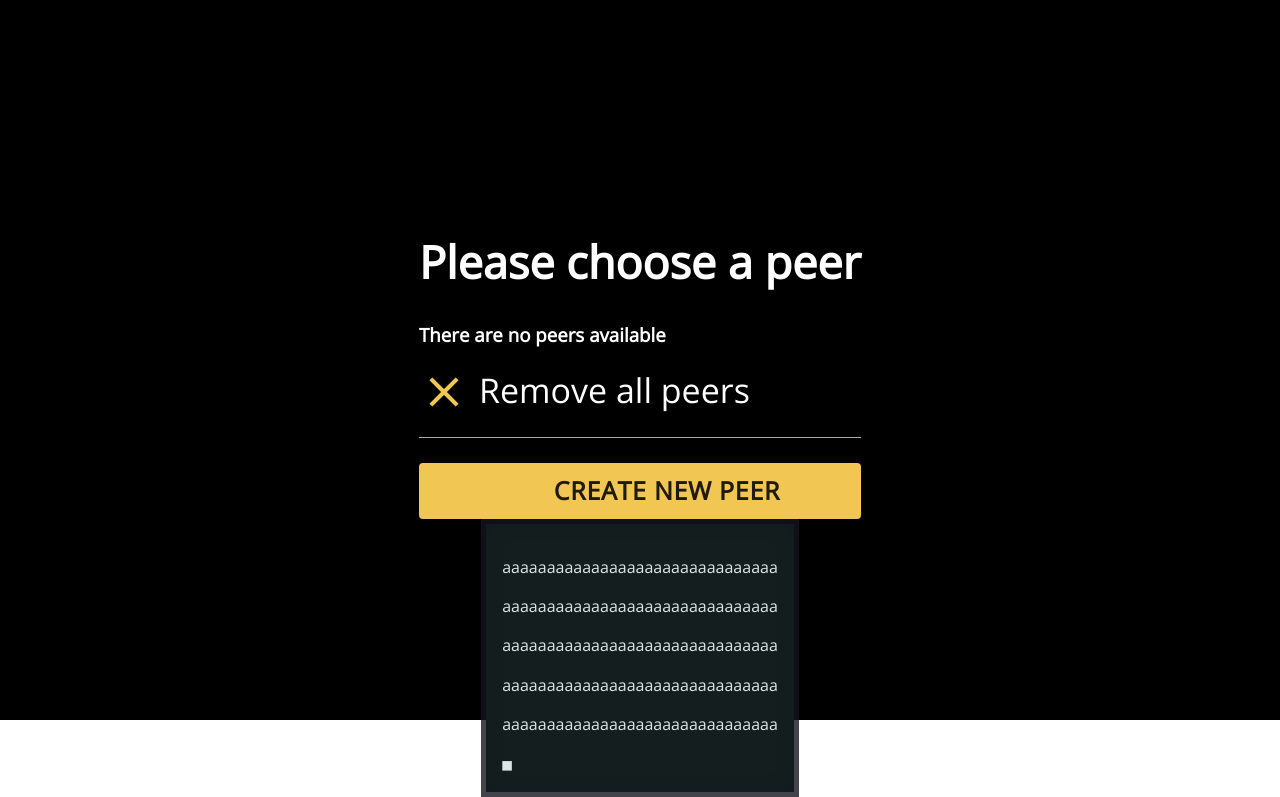
Repository: Bachdz/ASAP-Gui-Frontend
Page: /login
These files come from the project's save history. The page is drawn as it stood at one moment and after the next save; the edit follows.
The browser window is 1280 px wide. The pictures show the whole page.
The page's requests for data from a server got no answer. The project was rebuilt for these pictures with package versions that can differ from the ones it lists, and the page was loaded fresh each time. No one was signed in, and anything a server would have sent is missing. Also part of the build but not shown: src/css/loginscreen/Peer.css, src/components/fragments/Footer.js, src/components/mainscreen/subcomponents/Apps.js, src/css/mainscreen/Main.css, src/components/mainscreen/Main.js.

Above is the page before, as saved 2020-12-16 19:17:48.

### src/App.js
import React from 'react';



import { ReactComponent as Arrow } from './arrow.svg';
import Login from './components/loginscreen/Login';
import Main from './components/mainscreen/Main';
import { Link } from 'react-router-dom';
import Logo from './components/fragments/Footer';


import { BrowserRouter as Router, Route } from 'react-router-dom'

import './App.css';

function App() {
  return (
      <Router>
        <Route exact path="/" render={props => (
          <React.Fragment>
        <div className="container">

            <div className="content">
              <div id="box">
                <h1>Welcome to ASAP engine</h1>
                <Link to="/login"><Arrow id="next" /></Link>
              </div>
            </div>
          <Logo />
        </div>


          </React.Fragment>
        )} />
        <Route path="/login" component={Login} />
        <Route path="/main/user" component={Main} />

      </Router>
  );
}



export default App;

### src/components/loginscreen/Login.js
import React, { Component } from 'react';
import Peer from './subcomponents/Peer';
import CreateUser from './subcomponents/CreateUser';
import CloseIcon from '@material-ui/icons/Close';
import Alert from '@material-ui/lab/Alert';
import Snackbar from '@material-ui/core/Snackbar';
import Logo from '../fragments/Footer';
import Terminal from '../fragments/Terminal';



import '../../css/loginscreen/Login.css';
import axios from 'axios';



class Login extends Component {
    state = {
        peers: [],
        alertopen: false,
        alertmsg: '',
        alerttype: ''
    }

    componentDidMount() {
        axios.get('http://localhost:8080/api/v1/asap/peers')
            .then(res => this.setState({ peers: res.data }))
    }

    //create User
    addUser = (userName) => {
        let url = 'http://localhost:8080/api/v1/asap/peer?name=' + userName;
        axios.post(url)
            .then(res => this.setState({ peers: [...this.state.peers, res.data] }))
    }

    //remove all users
    removeAllUser = () => {
        axios.delete('http://localhost:8080/api/v1/asap/peers')
            .then(res => {
                if (res.data === false) {
                    this.setState({ alertopen: !this.state.alertopen, alertmsg: "Couldn't delete peers", alerttype: "error" });

                } else if (res.data === true) {
                    this.setState({ alertopen: !this.state.alertopen, alertmsg: "Deleted successfully ", alerttype: "success" });
                    axios.get('http://localhost:8080/api/v1/asap/peers')
                        .then(res => this.setState({ peers: res.data }))
                }



            }


            )


    }

    handleClose = (event, reason) => {
        this.setState({ alertopen: !this.state.alertopen });
    }


    render() {
        const { alertopen, alertmsg, alerttype } = this.state;
        return (
            <div className="container">
                <div className="content">
                    <div className="login-container">
                        <Snackbar anchorOrigin={{ vertical: 'top', horizontal: 'center' }} open={alertopen} autoHideDuration={2000} onClose={this.handleClose}>
                            <Alert onClose={this.handleClose} severity={alerttype}>
                                {alertmsg}
                            </Alert>
                        </Snackbar>
                        <h1>Please choose a peer</h1>
                        <Peer peers={this.state.peers} />

                        <div id="remove-peer">
                            <CloseIcon id="remove" onClick={this.removeAllUser} /> Remove all peers
            </div>
                        <CreateUser addUser={this.addUser} />

                    </div>
                </div>
                <Terminal />

            </div>


        );
    }
}


export default Login;

### src/App.css
@import url('https://fonts.googleapis.com/css?family=Open+Sans');
body {
  font-family: "Open Sans", sans-serif;

}

#box {
  text-align: center;
}

.content {
  min-height: 80vh;
  margin-top:20px;
  display: flex;
  align-items: center;
}

.container {
  display: flex;
  align-items: center;
  justify-content: center;
  flex-direction: column;
  background-color: #000000;
  color: #ffffff;
  height: 100vh;
  margin:0;
}

footer {
 margin-top:auto;
 width: 100vw;
}



#next {
  cursor: "pointer";
  transition: transform 330ms ease-in-out;

}
#next:hover {
  cursor: pointer;
  -ms-transform: scale(1.2); /* IE 9 */
  -webkit-transform: scale(1.2); /* Safari 3-8 */
  transform: scale(1.2);
}
h1 {
  font-size: 45px;
  text-align: center;
  animation: fadein 3s;
  -moz-animation: fadein 3s; /* Firefox */
  -webkit-animation: fadein 3s; /* Safari and Chrome */
  -o-animation: fadein 3s; /* Opera */
}
@keyframes fadein {
  from {
      opacity:0;
  }
  to {
      opacity:1;
  }
}
@-moz-keyframes fadein { /* Firefox */
  from {
      opacity:0;
  }
  to {
      opacity:1;
  }
}
@-webkit-keyframes fadein { /* Safari and Chrome */
  from {
      opacity:0;
  }
  to {
      opacity:1;
  }
}
@-o-keyframes fadein { /* Opera */
  from {
      opacity:0;
  }
  to {
      opacity: 1;
  }
}

### src/components/loginscreen/subcomponents/Peer.js
import React from 'react';
import '../../../css/loginscreen/Peer.css';
import AccountCircleIcon from '@material-ui/icons/AccountCircle';
import ArrowForwardIcon from '@material-ui/icons/ArrowForward';
// import { Redirect } from 'react-router-dom';
import { Link } from 'react-router-dom';

function Peer (props) {

        if (props.peers.length > 0) {
            return (
                props.peers.map((peer) => (
                    <div className="peer-container">
                        <AccountCircleIcon id="icon" />
                        {peer.name}
                        <Link to={{
                            pathname: '/main/user',
                            state: {
                                peer: peer.name
                            }
                        }}>
                            <ArrowForwardIcon id="forward" />
                        </Link>
                    </div>

                ))

            );


        } else {
            return (
                <h3>There are no peers available</h3>
            )
        }
    }





export default Peer;

### src/components/loginscreen/subcomponents/CreateUser.js
import React, {Component} from 'react';
import Button from '@material-ui/core/Button';
import AddIcon from '@material-ui/icons/Add';
import TextField from '@material-ui/core/TextField';
import Dialog from '@material-ui/core/Dialog';
import DialogActions from '@material-ui/core/DialogActions';
import DialogContent from '@material-ui/core/DialogContent';
import '../../../css/loginscreen/CreateUser.css';
import DialogContentText from '@material-ui/core/DialogContentText';

export class CreateUser extends Component {
    state = {
        open: false,
        error: false,
        username: ''
    }

    handleClickOpen = () => {
        this.setState({
            open: !this.state.open
        })
      };

    handleClose = (e) => {
        this.setState({
            open: !this.state.open
        })
    };

    onChange = (e) => this.setState({ [e.target.name]: e.target.value })

    onSubmit = (e) => {
        if (this.state.username !== '') {
            this.props.addUser(this.state.username);
            this.setState({username : ''});
            this.handleClose();
        } else {
            this.setState({error: true});
        }
    }

    render() {
    const { open,error } = this.state

    return (
        <div>

            <Button startIcon={<AddIcon id="addIcon" />} id="addButton" onClick={this.handleClickOpen}>Create new peer</Button>

            <Dialog open={open} onClose={this.handleClose} aria-labelledby="form-dialog-title">
                <DialogContent id="dialog">
                    <DialogContentText id="dialog-text">
                        Please enter your name
          </DialogContentText>
                    <TextField
                       error={this.state.error}
                     required
                        autoFocus
                        margin="dense"
                        name="username"
                        type="string"
                        label="Username"
                        helperText={error ===true  ? "username is required" : ""}
                        onChange={this.onChange}
                        fullWidth
                    />
                </DialogContent>
                <DialogActions id="dialog-action">
                    <Button onClick={this.onSubmit} id="button" color="primary">
                        Done
          </Button>
                </DialogActions>
            </Dialog>
        </div>
    );
}
}
export default CreateUser ;

### src/components/fragments/Terminal.js
import React from 'react'
import '../../css/Terminal.css';



export default function Terminal() {
    return (
        <div className="console">
            <pre class="i-has-teh-code">
                <p>aaaaaaaaaaaaaaaaaaaaaaaaaaaaaaa</p>
                <p>aaaaaaaaaaaaaaaaaaaaaaaaaaaaaaa</p>
                <p>aaaaaaaaaaaaaaaaaaaaaaaaaaaaaaa</p>
                <p>aaaaaaaaaaaaaaaaaaaaaaaaaaaaaaa</p>
                <p>aaaaaaaaaaaaaaaaaaaaaaaaaaaaaaa</p>
                <p></p>

            </pre>
        </div>
    )
}

### src/css/loginscreen/Login.css
@import url('https://fonts.googleapis.com/css?family=Open+Sans');




.login-container {
    margin-top:auto;
}
.content {
    display: flex;
    align-items: center;
    justify-content: center;
    flex-direction: column;
    background-color: #000000;
    color: #ffffff;
    height: 100vh;
    margin:0;
  }

footer {
   margin-top:auto;
   width: 100vw;
  }




#remove {
    cursor: pointer;
    color: #F1C653;
    float: left;
    font-size: 50px;
    margin-right: 10px;
}

#remove:hover {
    cursor: pointer;
    -ms-transform: scale(1.2); /* IE 9 */
    -webkit-transform: scale(1.2); /* Safari 3-8 */
    transform: scale(1.2);
  }

#remove-peer {
    width: 100%;
    border-bottom: 1px solid #aaa;
    padding-bottom:20px;
    margin-top: 20px;
    display: flex;
    font-size: 34px;
    animation: fadein 3.5s;
    -moz-animation: fadein 3.5s; /* Firefox */
    -webkit-animation: fadein 3.5s; /* Safari and Chrome */
    -o-animation: fadein 3.5s; /* Opera */
}

### src/css/loginscreen/CreateUser.css
@import url('https://fonts.googleapis.com/css?family=Open+Sans');
* {
    font-family:"Open Sans", sans-serif ;
}
#addButton{
    z-index: 99;
    margin-top:25px;
    background-color: #F1C653;
    width: 100%;
    font-size:25px;
    font-weight: bolder;
}

#addIcon {
    font-size: 26px;
}
#dialog {

}
#dialog-text {
    font-family:"Open Sans", sans-serif ;
    color: #000000;

    text-align: center;
}
#button {
    background-color: #F1C653;
    color: #000000;
    width: 50%;
    font-size:15px;
    font-weight: bolder;
}

### src/css/Terminal.css
@charset "UTF-8";
@-webkit-keyframes waiting {
    0% {
        opacity: 0;
    }
    35%,
    75% {
        opacity: 1;
    }
    100% {
        opacity: 0;
    }
}

@keyframes waiting {
    0% {
        opacity: 0;
    }
    35%,
    75% {
        opacity: 1;
    }
    100% {
        opacity: 0;
    }
}

@-webkit-keyframes joltBG {
    0% {
        opacity: 0.3;
    }
    22%,
    26% {
        opacity: 0.2;
    }
    27%,
    45% {
        opacity: 0.4;
    }
    46%,
    76% {
        opacity: 0.5;
    }
    76%,
    78% {
        opacity: 0.05;
    }
    78% {
        opacity: 0.3;
    }
    100% {
        opacity: 0.3;
    }
}

@keyframes joltBG {
    0% {
        opacity: 0.3;
    }
    22%,
    26% {
        opacity: 0.2;
    }
    27%,
    45% {
        opacity: 0.4;
    }
    46%,
    76% {
        opacity: 0.5;
    }
    76%,
    78% {
        opacity: 0.05;
    }
    78% {
        opacity: 0.3;
    }
    100% {
        opacity: 0.3;
    }
}

.i-has-teh-code {
    white-space: pre-wrap;
    background: #141e1e;
    color: #dce6e6;
    margin: 0 auto;
    font-family: Monaco, Consolas, "Lucida Console", monospace;
    padding: 1em 1em 2.5em 1em;
    line-height: 1.45;
    position: relative;
    overflow-x: scroll;
}

.i-has-teh-code::-moz-selection {
    color: #141e1e;
    background: #dce6e6;
}

.i-has-teh-code::selection {
    color: #141e1e;
    background: #dce6e6;
}

.i-has-teh-code:before {
    position: absolute;
    pointer-events: none;
    top: 0;
    right: 0;
    bottom: 0;
    left: 0;
    background-color: rgba(50, 50, 80, 0.6);
    content: '';
    z-index: 100;
    box-shadow: inset 0px 0px 20px 0px rgba(0, 0, 60, 0.3);
    background: url('data:[embedded picture, 484 characters]');
    -webkit-animation-name: joltBG;
    animation-name: joltBG;
    -webkit-animation-duration: 10000ms;
    animation-duration: 10000ms;
    -webkit-animation-iteration-count: infinite;
    animation-iteration-count: infinite;
    -webkit-animation-timing-function: linear;
    animation-timing-function: linear;
}

.i-has-teh-code:after {
    position: absolute;
    pointer-events: none;
    bottom: 0em;
    left: 0em;
    content: '■';
    padding: 1em;
    -webkit-animation-name: waiting;
    animation-name: waiting;
    -webkit-animation-duration: 1200ms;
    animation-duration: 1200ms;
    -webkit-animation-iteration-count: infinite;
    animation-iteration-count: infinite;
    -webkit-animation-timing-function: ease-in-out;
    animation-timing-function: ease-in-out;
}

.console {
    background: rgba(20, 20, 30, 0.8);
    padding: 0.3em;
}

### src/css/mainscreen/Apps.css

#addIcon, #removeIcon {
    float:right;
    color: #F1C653;
    font-size: 30px;
    margin-right:20px;
}
.title {
    display:flex;
    align-items: center;
}


.parentList {
    margin-left:10px;
}

.main-items {
    font-size: 30px;
}

#apps {
    padding-left:50px;
}

.input {
    font-style: italic;
    width: 100%;
    border:none;
    outline: none;
    border-bottom: 2px solid #808080;
    background: #000000;
    color: #ffffff;
    width: 70%;
    margin-left:45px;
    font-size:20px;
}

.add {
    width: 100%;
    display:flex;
    color: #F1C653;
}

#checkicon {
    float: right;
}

#checkicon-inactive {
    color: #808080;
}

Loaded but not shown: public/index.html (common file); src/index.js (common file); src/index.css (common file); src/reportWebVitals.js (common file)

After the next save:
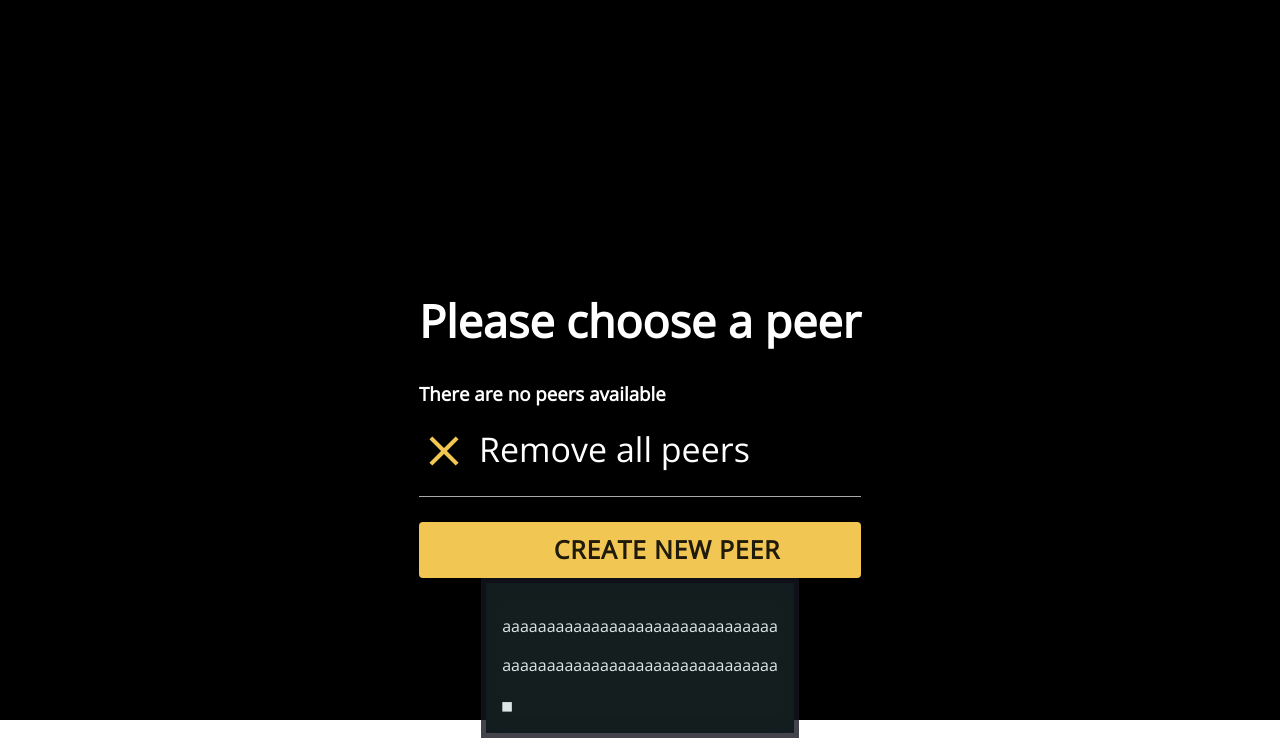
Saved 8 s later.
--- a/src/components/fragments/Terminal.js
+++ b/src/components/fragments/Terminal.js
@@ -9,10 +9,6 @@ export default function Terminal() {
             <pre class="i-has-teh-code">
                 <p>aaaaaaaaaaaaaaaaaaaaaaaaaaaaaaa</p>
                 <p>aaaaaaaaaaaaaaaaaaaaaaaaaaaaaaa</p>
-                <p>aaaaaaaaaaaaaaaaaaaaaaaaaaaaaaa</p>
-                <p>aaaaaaaaaaaaaaaaaaaaaaaaaaaaaaa</p>
-                <p>aaaaaaaaaaaaaaaaaaaaaaaaaaaaaaa</p>
-                <p></p>
 
             </pre>
         </div>
